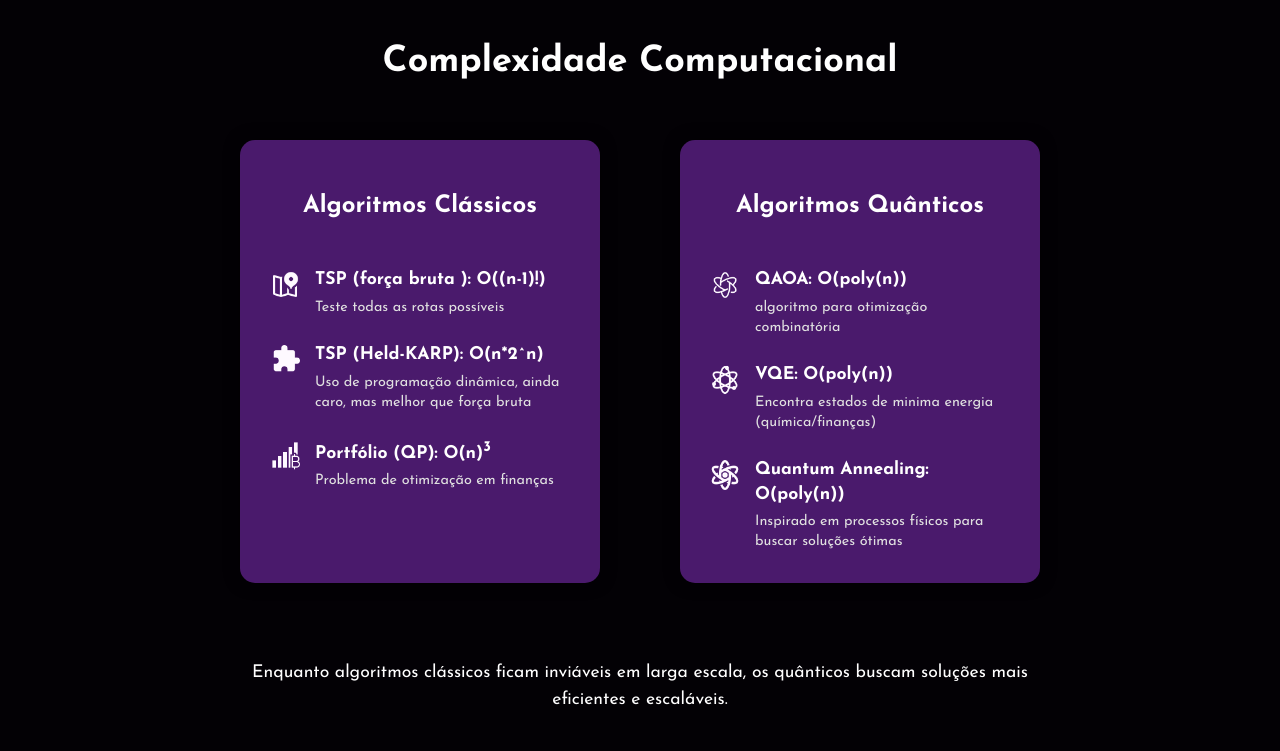
Repository: Everson9/Projeto-de-escalabilidade-quantica-definitivo
Page: Complexidade.html
The author's editor kept a copy of each file at every save. The page is drawn from the files as they stood at one save, then again after a run of saves.
The browser window is 1280 px wide. The pictures show the whole page.

Above is the page before, as saved 2025-10-01 15:13:13.

After the next 4 saves:
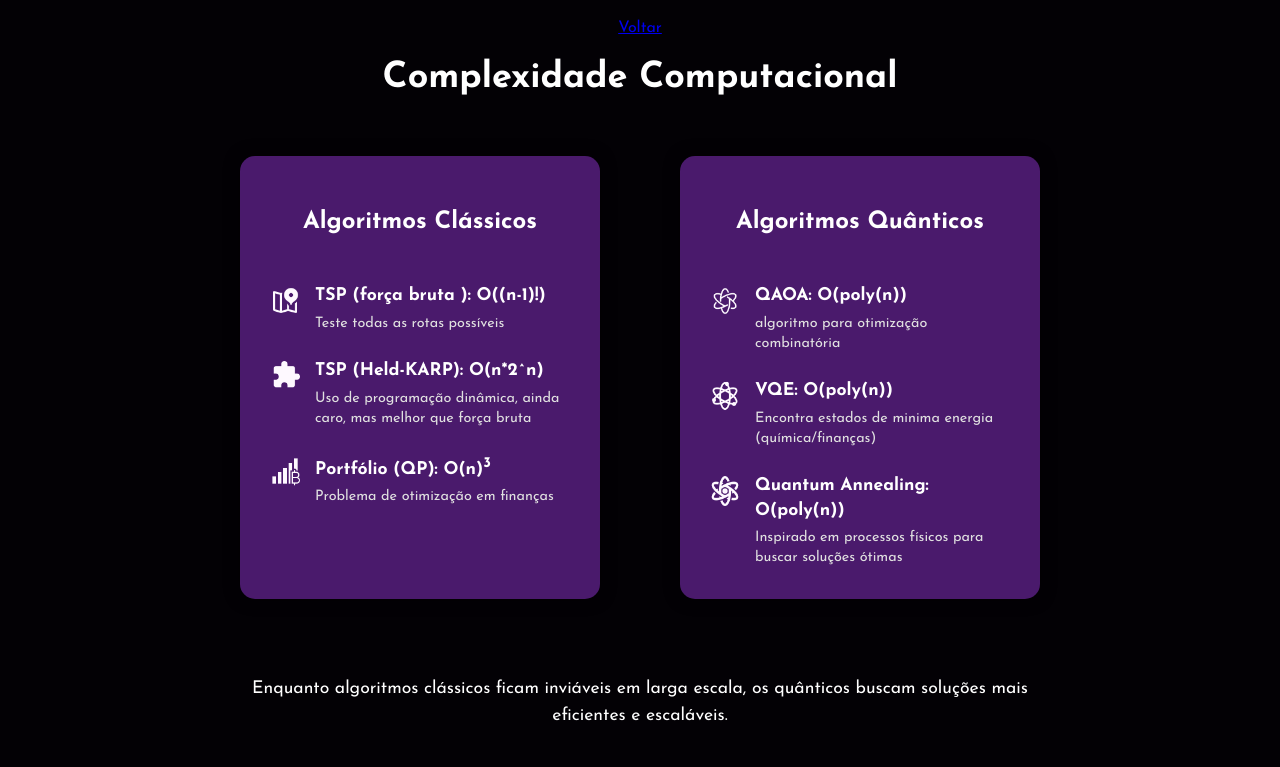
The 4 saves are shown as one change because they came seconds apart.
The last was saved 66 s later.
--- a/Complexidade.html
+++ b/Complexidade.html
@@ -8,6 +8,9 @@
     <link href="https://fonts.googleapis.com/css2?family=Josefin+Sans:wght@400;700&display=swap" rel="stylesheet">
 </head>
 <body>
+
+    <a href="telainicial.html" class="voltar-button">Voltar</a>
+
     <h1>Complexidade Computacional</h1>
 
     <div class="main-content">
